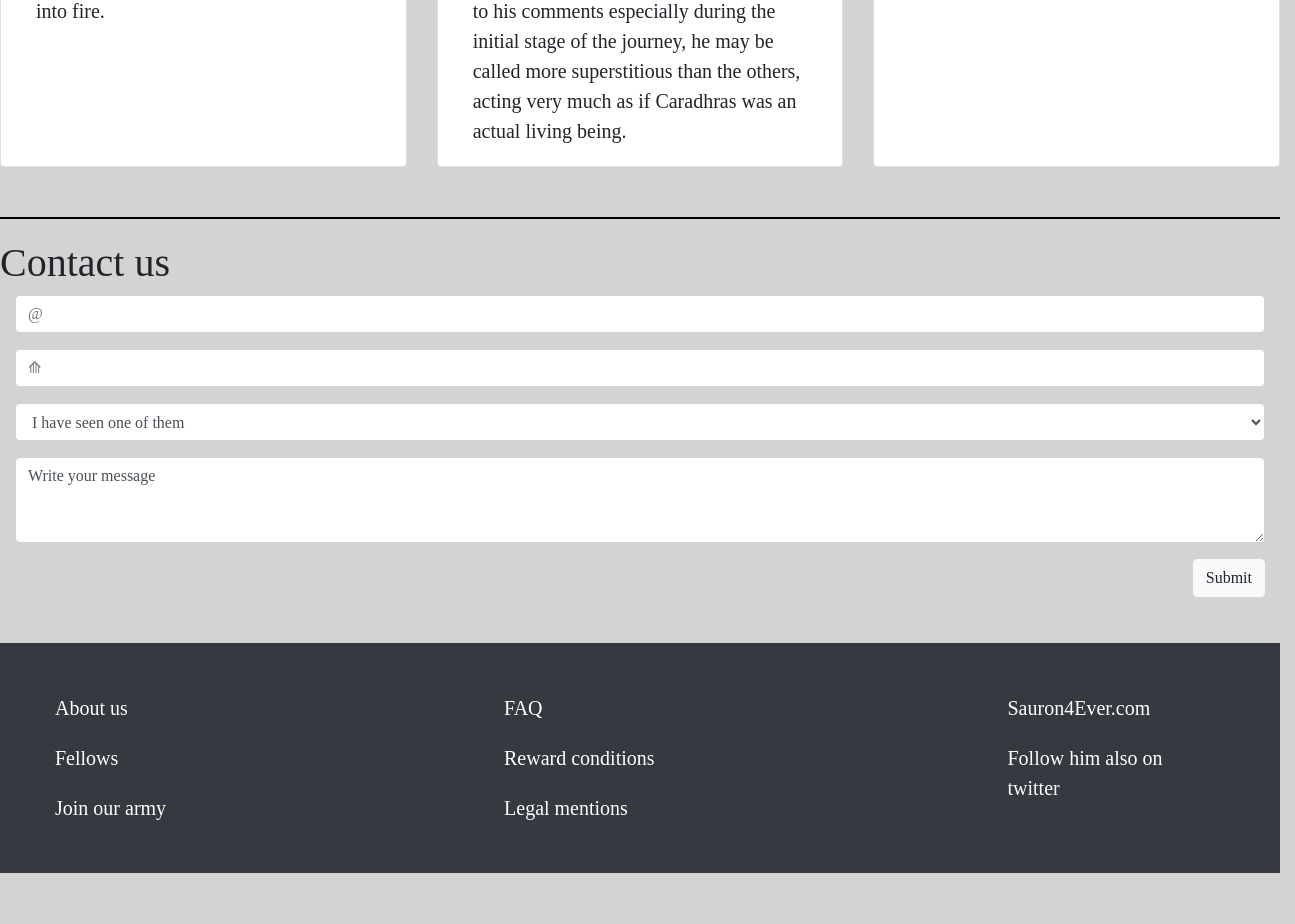
Repository: Khaleddwm/FindThePrecious
Page: index.html
The author's editor kept a copy of each file at every save. The page is drawn from the files as they stood at one save, then again after the next save.
The browser window is 1280 px wide. The page is 1295 px wide, so the pictures cover 1295 px, including what lies to the right of the window. The pictures show the part of the page from y = 1693 to 2617 px (the page is 2734 px tall before and 2746 px after).
Some web fonts or font styles are not loaded; a fallback is used.

Above is the page before, as saved 2020-05-25 01:04:21.

After the next save:
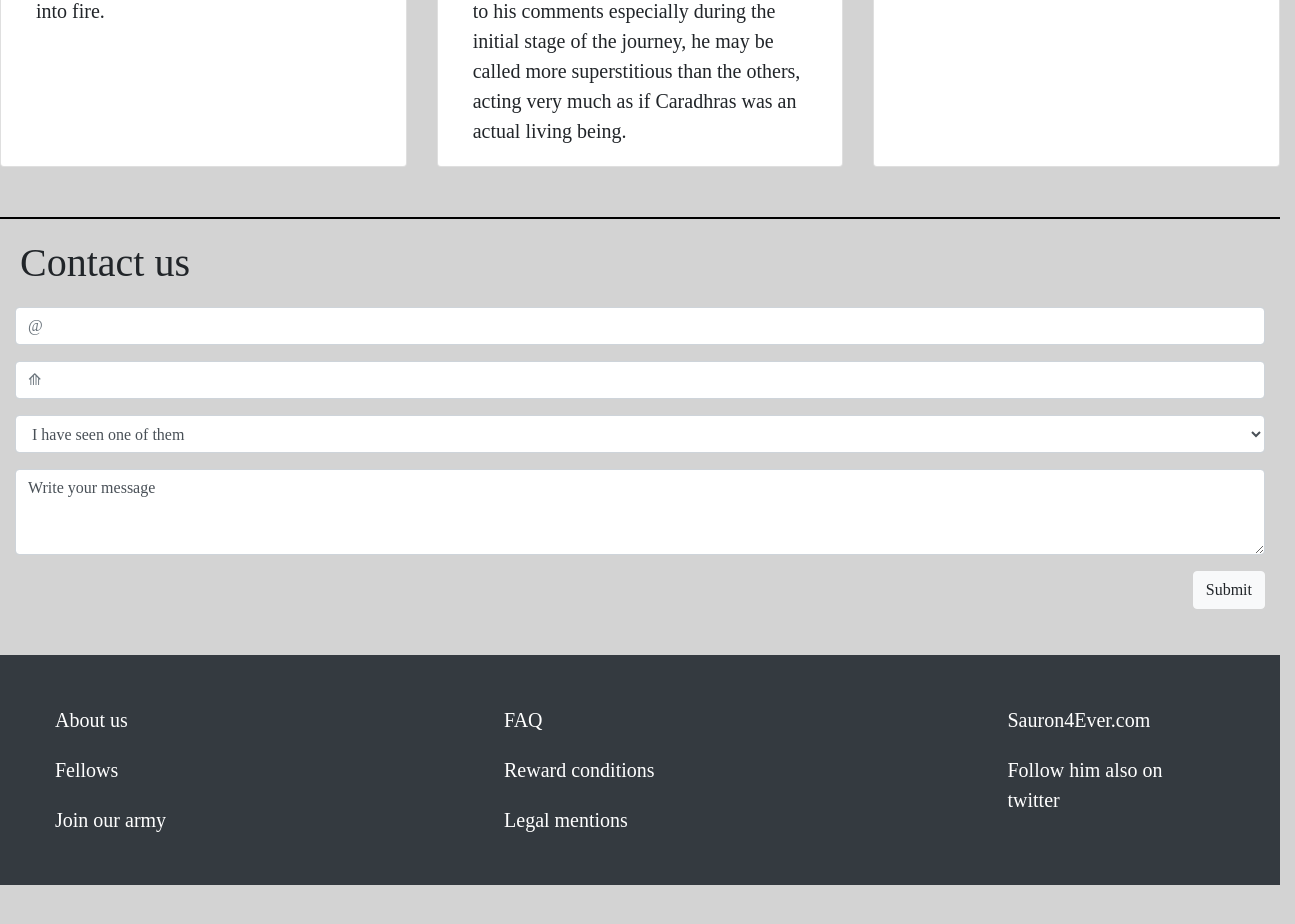
Saved 61 s later.
--- a/style.css
+++ b/style.css
@@ -75,7 +75,7 @@ img {
 }
 
 .form h1 {
-    margin-top: 20px;
+    margin: 20px;
 }
 
 footer .container-fluid {
